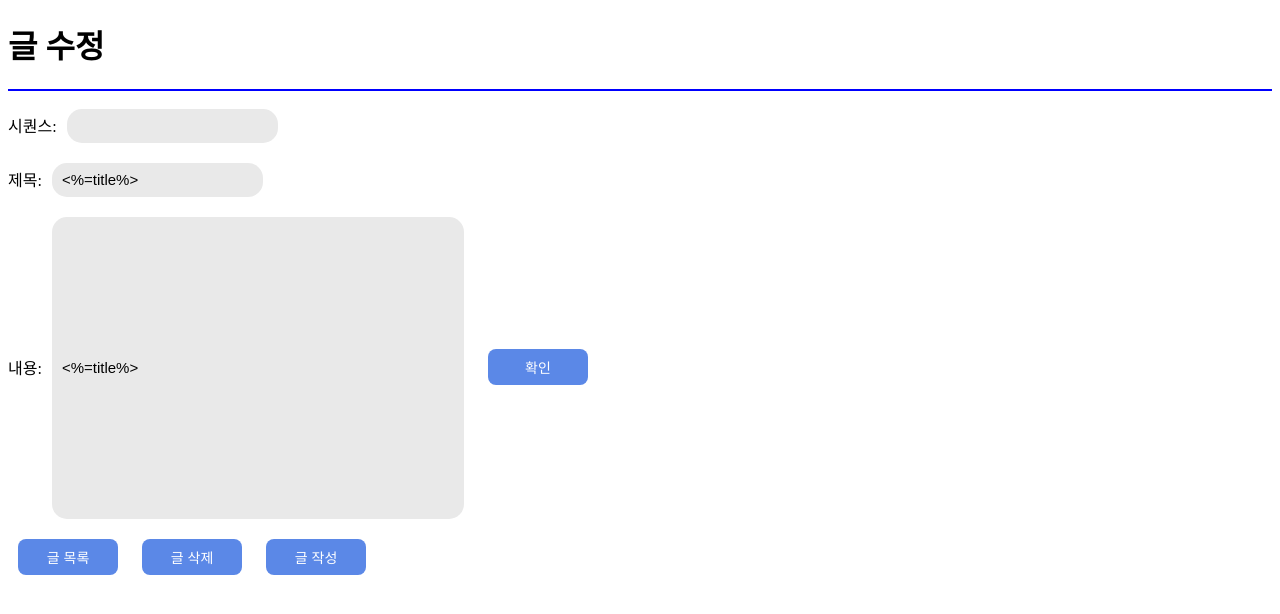
Repository: Yusubin/workEx
Page: test00/src/main/webapp/modifyForm.html
The author's editor kept a copy of each file at every save. The page is drawn from the files as they stood at one save, then again after the next save.
The browser window is 1280 px wide. The pictures show the whole page.

Above is the page before, as saved 2022-02-15 05:39:53.

### test00/src/main/webapp/modifyForm.html
<!DOCTYPE html>
<html>
<head>
<meta charset="UTF-8">
<title>Insert title here</title>
<link rel="stylesheet" type="text/css" href="css/style.css">

<script>

</script>
</head>
<body>

	<h1>글 수정</h1>
	<hr color="blue">
	<form action="update.jsp" method="get">

	시퀀스:<input type="text" name="idx"><br>
	제목:<input type="text" name="title" value="<%=title%>"><br>
	내용:<input type="text" name="content" value="<%=title%>" style="width:400px; height:300px"> <button>확인</button><br>

	</form>
	<button onclick="location = 'boardList.jsp';">글 목록</button>
	<button onclick="location = 'deleteForm.html';">글 삭제</button>
	<button onclick="location = 'index.html';">글 작성</button>
</body>
</html>

### test00/src/main/webapp/css/style.css
@charset "UTF-8";

input {

  height: 32px;
  font-size: 15px;
  border: 0;
  border-radius: 15px;
  outline: none;
  padding-left: 10px;
  background-color: rgb(233, 233, 233);
  margin:10px;
}

.container {width:100%;}

.section {
	width:900px;
	margin:0 auto;
}

.bluetop {
	border-collapse: collapse;
	border-top: 3px solid #168;
	width:100%;
}
.bluetop th {
  color: #168;
  background: #f0f6f9;
}
.bluetop th, .bluetop td {
  padding: 10px;
  border: 1px solid #ddd;
}
.bluetop th:first-child, .bluetop td:first-child {
  border-left: 0;
}
.bluetop th:last-child, .bluetop td:last-child {
  border-right: 0;
}

#btn, button{cursor:pointer; width:100px; border:0; border-radius:8px; background:#5B88E7; color:#fff; height:36px; font-size:14px; display:inline-block; text-align:center; line-height:36px; margin:10px;}

/*button*/
.btns {float:right;padding-top:5px;}
.btn_style_submit{width:100px; border:0; border-radius:8px; background:#5B88E7; color:#fff; height:36px; font-size:14px; display:inline-block; text-align:center; line-height:36px;}
.btn_style_cancel{width:100px; border:0; border-radius:8px; background:#000; color:#fff; height:36px; font-size:14px; display:inline-block; text-align:center; line-height:36px;}
.btn_style_edit{width:100px; border:0; border-radius:8px; background:#0BB5C2; color:#fff; height:36px; font-size:14px; display:inline-block; text-align:center; line-height:36px;}
.btn_style_delete{width:100px; border:0; border-radius:8px; background:#000; color:#fff; height:36px; font-size:14px; display:inline-block; text-align:center; line-height:36px;}

After the next save:
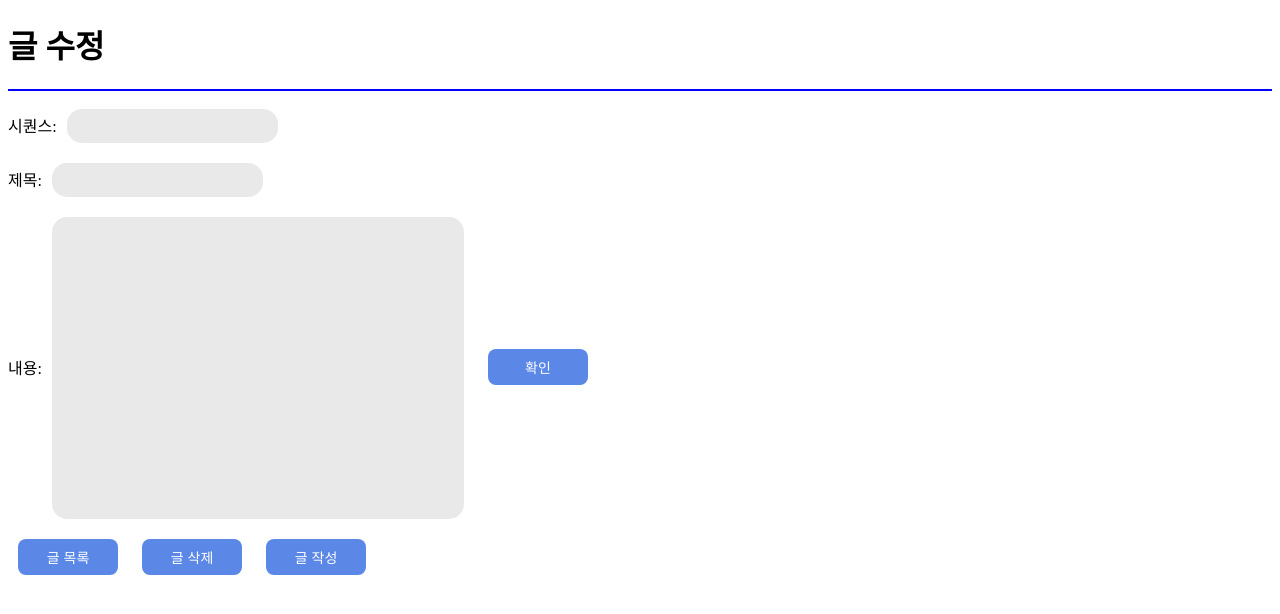
Saved 14 min 49 s later.
--- a/test00/src/main/webapp/modifyForm.html
+++ b/test00/src/main/webapp/modifyForm.html
@@ -16,8 +16,8 @@
 	<form action="update.jsp" method="get">
 
 	시퀀스:<input type="text" name="idx"><br>
-	제목:<input type="text" name="title" value="<%=title%>"><br>
-	내용:<input type="text" name="content" value="<%=title%>" style="width:400px; height:300px"> <button>확인</button><br>
+	제목:<input type="text" name="title"><br>
+	내용:<input type="text" name="content" style="width:400px; height:300px"> <button>확인</button><br>
 
 	</form>
 	<button onclick="location = 'boardList.jsp';">글 목록</button>
